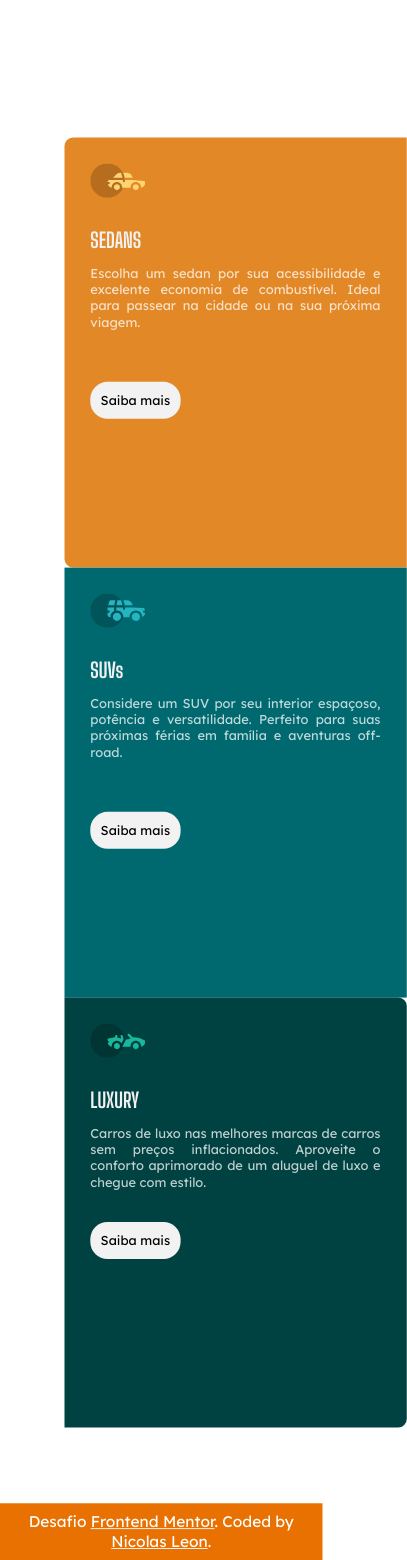
Repository: Leonngc/Car-cards
Page: index.html
These files come from the project's save history. The page is drawn as it stood at one moment and after a run of saves; the edit follows.
The browser window is 375 px wide. The page is 473 px wide, then 375 px, so the pictures cover 473 px, including what lies to the right of the window. The pictures show the whole page, at 86% of full size.

Above is the page before, as saved 2023-01-17 19:32:07.

### index.html
<!DOCTYPE html>
<html lang="pt-br">
  <head>
    <meta charset="UTF-8" />
    <meta name="viewport" content="width=device-width, initial-scale=1.0" />
    <!-- displays site properly based on user's device -->

    <link
      rel="icon"
      type="image/png"
      sizes="32x32"
      href="./images/favicon-32x32.png"
    />

    <link rel="stylesheet" href="styles/style.css" />

    <title>Frontend Mentor | 3-column preview card component</title>


  </head>
  <body>
    <main>
      <div class="card" id="sedan">
        <div class="image"><img src="images/icon-sedans.svg" alt="" /></div>
        <h2>SEDANS</h2>
        <p>
          Escolha um sedan por sua acessibilidade e excelente economia de
          combustível. Ideal para passear na cidade ou na sua próxima viagem.
        </p>
        <button>Saiba mais</button>
      </div>
      <div class="card" id="suv">
        <div class="image"><img src="images/icon-suvs.svg" alt="" /></div>

        <h2>SUVs</h2>
        <p>
          Considere um SUV por seu interior espaçoso, potência e versatilidade.
          Perfeito para suas próximas férias em família e aventuras off-road.
        </p>
        <button>Saiba mais</button>
      </div>
      <div class="card" id="luxury">
        <div class="image"><img src="images/icon-luxury.svg" alt="" /></div>
        <h2>LUXURY</h2>
        <p>
          Carros de luxo nas melhores marcas de carros sem preços inflacionados.
          Aproveite o conforto aprimorado de um aluguel de luxo e chegue com
          estilo.
        </p>
        <button>Saiba mais</button>
      </div>
    </main>

    <footer class="attribution">
      <p>
        Desafio
        <a href="https://www.frontendmentor.io?ref=challenge" target="_blank"
          >Frontend Mentor</a
        >. Coded by <a href="#">Nicolas Leon</a>.
      </p>
    </footer>
  </body>
</html>

### styles/style.css
@import url("https://fonts.googleapis.com/css2?family=Lexend+Deca&display=swap");

@import url("https://fonts.googleapis.com/css2?family=Big+Shoulders+Display:wght@700&display=swap");

* {
  margin: 0 auto;
  padding: 0;
}

:root {
  --font-body: "Lexend Deca", sans-serif;

  --font-title: "Big Shoulders Display", cursive;
}

/* Basic styles */

main {
  display: flex;
  margin: auto;
  margin-top: 20vh;
  margin-left: 20vw;
  margin-right: 20vw;
}
.card {
  padding: 30px;
  height: 55vh;
  width: 90vw;
}
.card > p {
  font-family: var(--font-body);
  margin-bottom: 60px;
  text-align: justify;
  font-size: 15px;
  color: hsla(0, 0%, 100%, 0.75);
}
.card > h2 {
  font-family: var(--font-title);
  padding-top: 30px;
  padding-bottom: 15px;
  color: hsl(0, 0%, 95%);
}

#sedan {
  background-color: hsl(31, 77%, 52%);
  border-top-left-radius: 10px;
  border-bottom-left-radius: 10px;
}

#suv {
  background-color: hsl(184, 100%, 22%);
}

#luxury {
  background-color: hsl(179, 100%, 13%);
  border-top-right-radius: 10px;
  border-bottom-right-radius: 10px;
}

#luxury > p {
  margin-bottom: 37px;
}

button {
  padding: 12px;
  border-radius: 20px;
  background-color: hsl(0, 0%, 95%);
  border: 0;
  font-family: var(--font-body);
  font-size: 15px;
}

footer > p {
  background-color: rgb(233, 113, 2);
  color: white;
  font-size: 18px;
  margin-top: 11vh;
  padding: 10px;
  text-align: center;
  font-family: var(--font-body);
}

a {
  color: white;
}

/* Animations */
button:hover {
  background-color: hsla(0, 0%, 54%, 0);
  border: 2px solid rgb(255, 255, 255);
  color: hsl(0, 0%, 100%);
}

a:hover {
  font-size: 20px;
}

/* Media Queries */
@media screen and (max-width:600px){
    main{
        display: flex;
        flex-direction: column;
    }

    .card {
  padding: 30px;
  height: 55vh;
  width: 90vw;
}

}

After the next 4 saves:
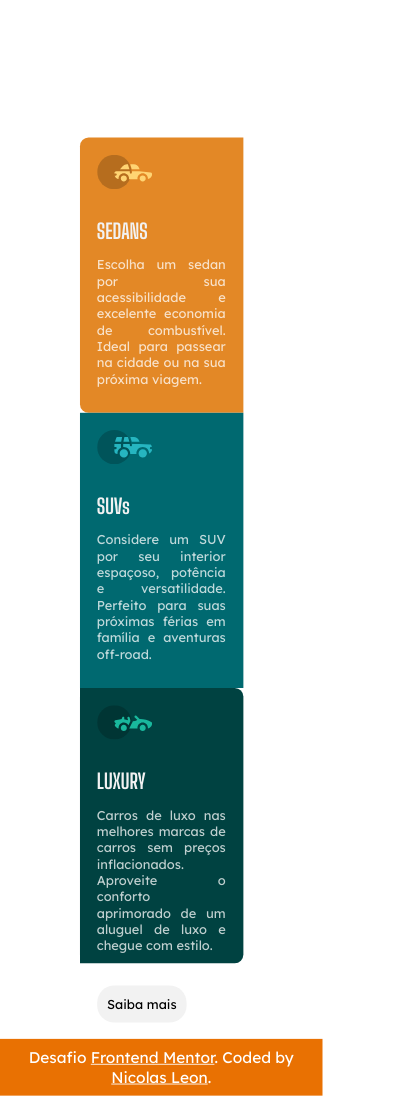
The 4 saves are shown as one change because they came seconds apart.
The last was saved 12 s later.
--- a/styles/style.css
+++ b/styles/style.css
@@ -103,9 +103,9 @@
     }
 
     .card {
-  padding: 30px;
-  height: 55vh;
-  width: 90vw;
+  padding: 20px;
+  height: 35vh;
+  width: 40vw;
 }
 
 }
